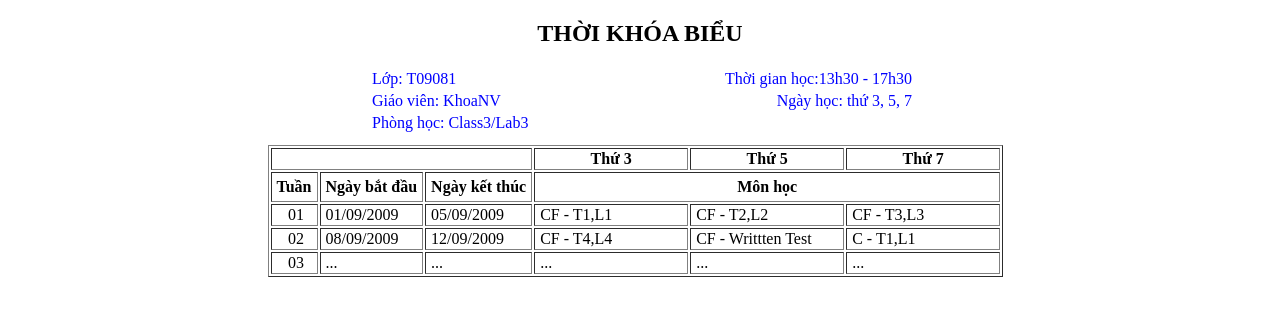
Repository: Lehuyhuynh/BT1-HTML
Page: index.html
An editor plug-in stored every save of this project. The page is shown before and after a run of saves, followed by the edit.
The browser window is 1280 px wide. The pictures show the whole page.

Above is the page before, as saved 2023-08-06 22:23:25.

### index.html
<!DOCTYPE html>
<html lang="en">
<head>
  <meta charset="UTF-8">
  <meta name="viewport" content="width=device-width, initial-scale=1.0">
  <title>THỜI KHÓA BIỂU</title>

  <style>

    h2{
      text-align: center;
    }
    #table1{
      width: 550px;
    margin-left: auto;
    margin-right: auto;
    margin-bottom: 10px;
    }
    #table2{
      width: 745px;
    display: block;
    margin-left: auto;
    margin-right: auto;
    }

    #rank{
      width: 150px;
    }
    #week{
      padding: 5px 5px;
    }
    #extended-time{
      padding: 5px 5px;
    }

    td{
      padding-left: 5px;
    }

  </style>

</head>
<body>

  <div >


      <h2> THỜI KHÓA BIỂU</h2>

    <div>
      <table id="table1">
          <tr>
              <td align="left" style="color: blue;">Lớp: T09081</td>
              <td align="right" style="color: blue;">Thời gian học:13h30 - 17h30</td>
          </tr>
          <tr>
              <td align="left" style="color: blue;">Giáo viên: KhoaNV</td>
              <td align="right" style="color: blue;">Ngày học: thứ 3, 5, 7 </td>
          </tr>
          <tr>
              <td align="left" style="color: blue;">Phòng học: Class3/Lab3</td>
          </tr>
      </table>
  </div>

    <div id="table2">
      <table border="1">
        <thead>

          <tr>
            <th colspan="3"></th>
            <th id="rank" >Thứ 3</th>
            <th id="rank">Thứ 5</th>
            <th id="rank">Thứ 7</th>
          </tr>

          <tr>
            <th id="week">Tuần</th>
            <th id="extended-time">Ngày bắt đầu</th>
            <th id="extended-time">Ngày kết thúc</th>
            <th colspan="3">Môn học</th>
          </tr>

        </thead>

        <tr>
          <td id="number" style="text-align: center;">01</td>
          <td>01/09/2009</td>
          <td>05/09/2009</td>
          <td>CF - T1,L1</td>
          <td>CF - T2,L2</td>
          <td>CF - T3,L3</td>
        </tr>

        <tr>
          <td id="number" style="text-align: center;">02</td>
          <td>08/09/2009</td>
          <td>12/09/2009</td>
          <td>CF - T4,L4</td>
          <td>CF - Writtten Test</td>
          <td>C - T1,L1</td>
        </tr>

        <tr>
          <td id="number" style="text-align: center;">03</td>
          <td>...</td>
          <td>...</td>
          <td>...</td>
          <td>...</td>
          <td>...</td>
        </tr>

      </table>
    </div>


  </div>

</body>
</html>

After the next 3 saves:
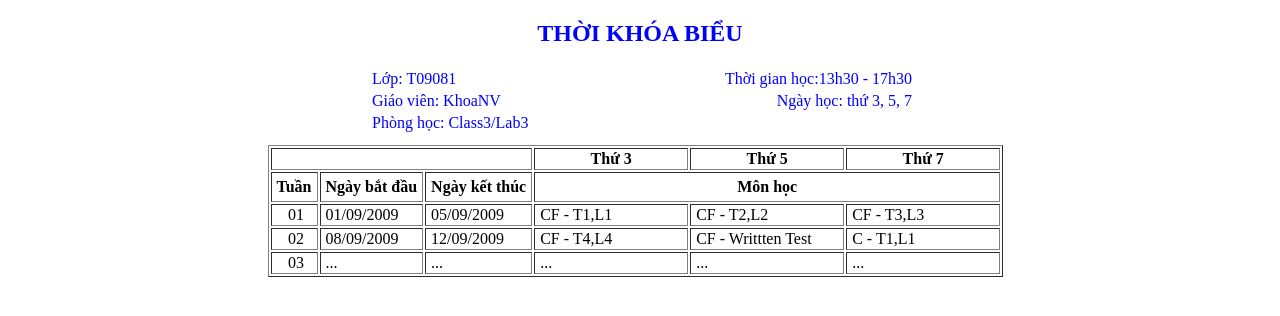
The 3 saves are shown as one change because they came seconds apart.
The last was saved 34 s later.
--- a/index.html
+++ b/index.html
@@ -9,6 +9,7 @@
 
     h2{
       text-align: center;
+      color: blue;
     }
     #table1{
       width: 550px;
